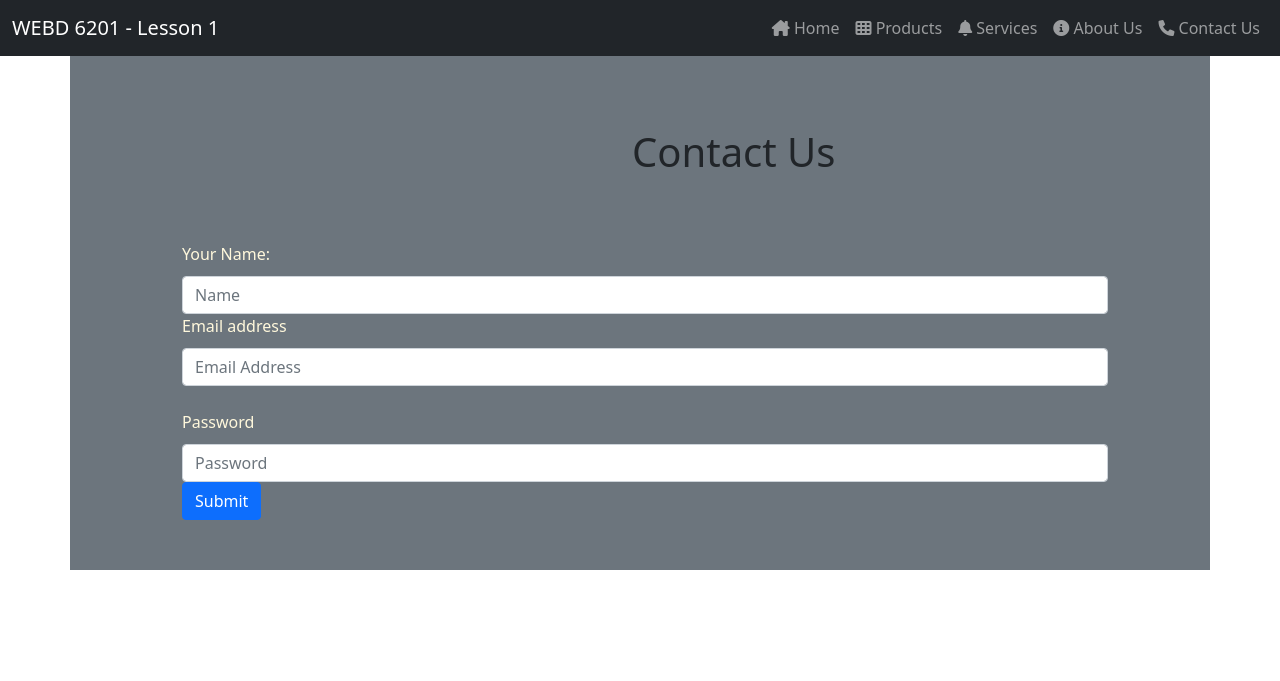
Repository: devanshudave1901/DevanshuDave_AngaranYogeswaranLab2
Page: contact.html
The author's editor kept a copy of each file at every save. The page is drawn from the files as they stood at one save, then again after the next save.
The browser window is 1280 px wide. The pictures show the whole page.

Above is the page before, as saved 2022-02-10 12:25:59.

### contact.html
<!DOCTYPE html>
<html lang="en">
  <head>
    <meta charset="UTF-8" />
    <meta http-equiv="X-UA-Compatible" content="IE=edge" />
    <meta name="viewport" content="width=device-width, initial-scale=1.0" />
    <title>Contact Us</title>
    <link
      rel="stylesheet"
      href="./node_modules/bootstrap/dist/css/bootstrap.min.css"
    />
    <link
      rel="stylesheet"
      href="./node_modules/@fortawesome/fontawesome-free/css/all.min.css"
    />
    <link rel="stylesheet" href="./Content/app.css" />
  </head>
  <body>
    <nav class="navbar navbar-expand-lg navbar-dark bg-dark">
      <div class="container-fluid">
        <a class="navbar-brand" href="#">WEBD 6201 - Lesson 1</a>
        <button
          class="navbar-toggler"
          type="button"
          data-bs-toggle="collapse"
          data-bs-target="#navbarSupportedContent"
          aria-controls="navbarSupportedContent"
          aria-expanded="false"
          aria-label="Toggle navigation"
        >
          <span class="navbar-toggler-icon"></span>
        </button>
        <div class="collapse navbar-collapse" id="navbarSupportedContent">
          <ul class="navbar-nav ms-auto">
            <li class="nav-item active">
              <a class="nav-link" aria-current="page" href="./index.html"
                ><i class="fa-solid fa-house-chimney"></i> Home</a
              >
            </li>

            <li class="nav-item">
              <a class="nav-link" href="./products.html"
                ><i class="fa-solid fa-th"></i> Products</a
              >
            </li>
            <li class="nav-item">
              <a class="nav-link" href="./services.html"
                ><i class="fa-solid fa-bell"></i> Services</a
              >
            </li>
            <li class="nav-item">
              <a class="nav-link" href="./about.html">
                <i class="fa-solid fa-circle-info"></i> About Us</a
              >
            </li>
            <li class="nav-item">
              <a class="nav-link" href="./contact.html">
                <i class="fa-solid fa-phone"></i> Contact Us</a
              >
            </li>
          </ul>
        </div>
      </div>
    </nav>
    <div class="jumbotron bg-secondary container" id="contentArea">
      <br />
      <br />
      <br />
      <h1 id="contactId">Contact Us</h1>
      <br />
      <br />

      <form id="Contactform">
        <div class="form-group">
          <label for="InputName">Your Name: </label>
          <input
            type="text"
            class="form-control"
            id="InputName"
            placeholder="Name"
          />
        </div>
        <div class="form-group">
          <label for="exampleInputEmail1"> Email address</label>
          <input
            type="email"
            class="form-control"
            id="exampleInputEmail1"
            placeholder="Email Address"
          />
        </div>
        <br />
        <div class="form-group">
          <label for="exampleInputPassword1">Password</label>
          <input
            type="password"
            class="form-control"
            id="exampleInputPassword1"
            placeholder="Password"
            rows="3"
          />
        </div>

        <button type="submit" class="btn btn-primary">Submit</button>
      </form>
    </div>
    <!-- 3RD Party Library-->
    <script src="./node_modules/jquery/dist/jquery.min.js"></script>
    <script src="./node_modules/bootstrap/dist/js/bootstrap.min.js"></script>
  </body>
</html>

### Content/app.css
#Contactform {
  padding: 10px 90px 50px 100px;
}
#Contactform label {
  color: cornsilk;
  padding-bottom: 10px;
}

.formInputBox {
  padding-left: 60px;
  margin: 8px 0;
  border: dashed;
  box-sizing: border-box;
}

#contactId {
  padding-left: 550px;
}

Loaded but not shown: node_modules/bootstrap/dist/css/bootstrap.min.css (library); node_modules/@fortawesome/fontawesome-free/css/all.min.css (library); node_modules/jquery/dist/jquery.min.js (library); node_modules/bootstrap/dist/js/bootstrap.min.js (library)

After the next save:
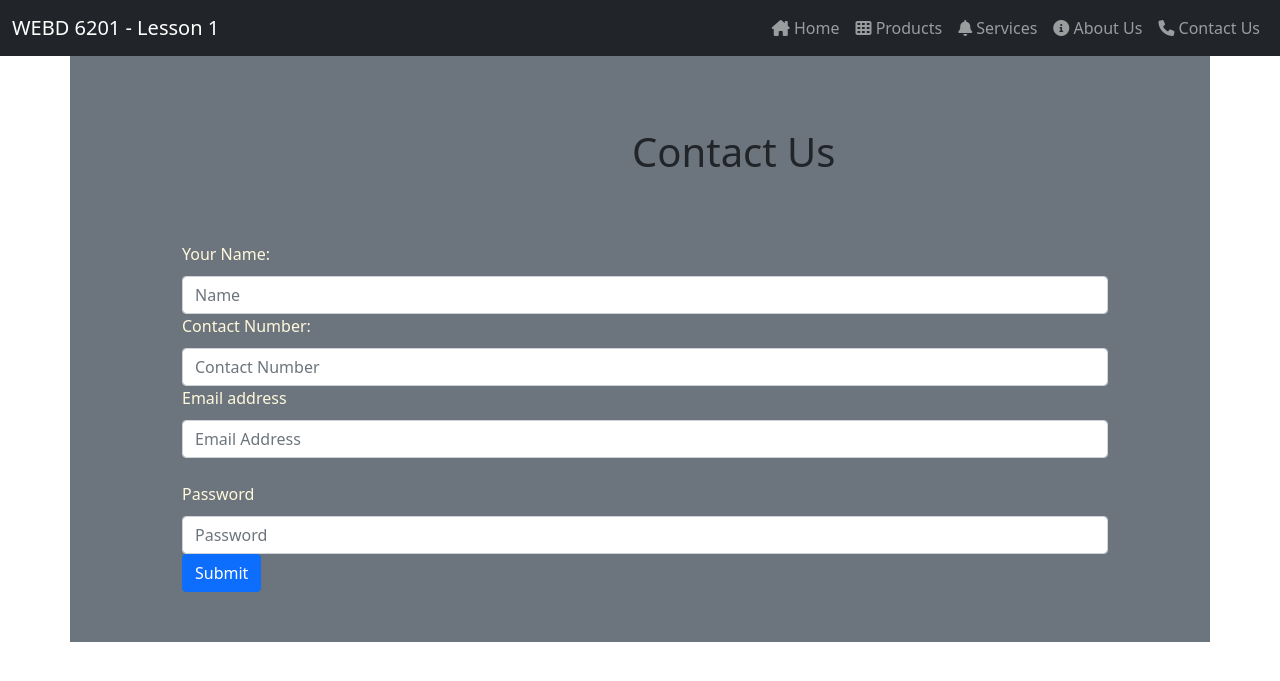
Saved 63 s later.
--- a/contact.html
+++ b/contact.html
@@ -81,6 +81,15 @@
           />
         </div>
         <div class="form-group">
+          <label for="InputNumber">Contact Number: </label>
+          <input
+            type="number"
+            class="form-control"
+            id="InputNumber"
+            placeholder="Contact Number"
+          />
+        </div>
+        <div class="form-group">
           <label for="exampleInputEmail1"> Email address</label>
           <input
             type="email"
